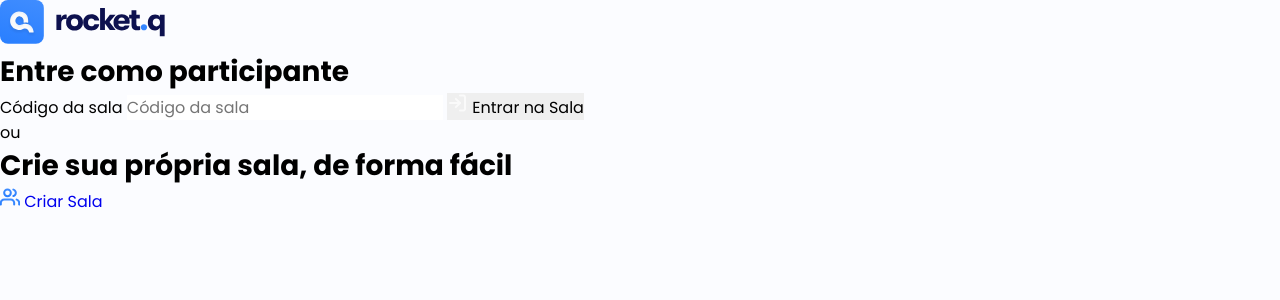
Repository: frnndlima/rocket.q
Page: home.html
The author's editor kept a copy of each file at every save. The page is drawn from the files as they stood at one save, then again after the next save.
The browser window is 1280 px wide. The pictures show the whole page.

Above is the page before, as saved 2021-08-30 15:30:58.

### home.html
<!DOCTYPE html>
  <head>
    <title>Criar Sala - Rocket.Q</title>
    <meta charset="UTF-8">
    <meta http-equiv="X-UA-COMPATIBLE" content="IE-Edge">
    <meta name="viewport" content="width=device-width, initial-scale=1.0">

    <link rel="stylesheet" href="styles/global.css" />
    <link rel="stylesheet" href="styles/home.css" />

    <link rel="preconnect" href="https://fonts.googleapis.com">
    <link rel="preconnect" href="https://fonts.gstatic.com" crossorigin>
    <link href="https://fonts.googleapis.com/css2?family=Open+Sans&family=Poppins:wght@400;500;700&display=swap" rel="stylesheet">
  </head>
  <body>
    <header>
      <img src="public/images/logo.svg" alt="rocket.q logo"/>
    </header>

    <main>
      <div class="container">
        <section>
          <h2>Entre como participante</h2>
          <form action="">
            <label for="room-id" class="sr-only">Código da sala</label>
            <input type="text" id="room-id" placeholder="Código da sala" />
            <button>
              <img src="public/images/enter-room.svg" alt="Entrar na Sala" />
              Entrar na Sala
            </button>
          </form>
        </section>

        <div class="separator">
          <div></div>
          <div>ou</div>
          <div></div>
        </div>

        <section>
          <h2>Crie sua própria sala, de forma fácil</h2>
          <a href="create-room.html">
            <img src="public/images/users.svg" alt="Criar Sala"> Criar Sala
          </a>
        </section>
      </div>
    </main>
  </body>

</html>

### styles/global.css
* {
  margin: 0;
  padding: 0;
  text-decoration: none;
  box-sizing: border-box;
  border: none;
}

html {
  --black: #0D114F;
  --white: #FAFAFA;
  --red: #E83F5B;
  --light-blue: #E0ECFF;
  --blue: #3485FF;
  --background: #FBFCFF;
  --overlay: #040911;
  --icons-details: #A5B0C1;

  --grey-dark: #4D5E77;
  --grey-blue: #A1B2CD;
  --grey-medium: #D3D9E2;
  --grey-light: #E5EAF1;

  font-size: 62.5%;
}

h2 {
  font-size: 2.8rem;
}

body {
  height: 100vh;
  width: 100vw;
  background: var(--background);
}

body, input, button, textarea {
  font-size: clamp(14px, 1.6rem, 2vw);

  font-family: 'Open Sans', sans-serif;

  font-family: 'Poppins', sans-serif;
}

Loaded but not shown: styles/home.css (no stored copy; drawn as an empty file)

After the next save:
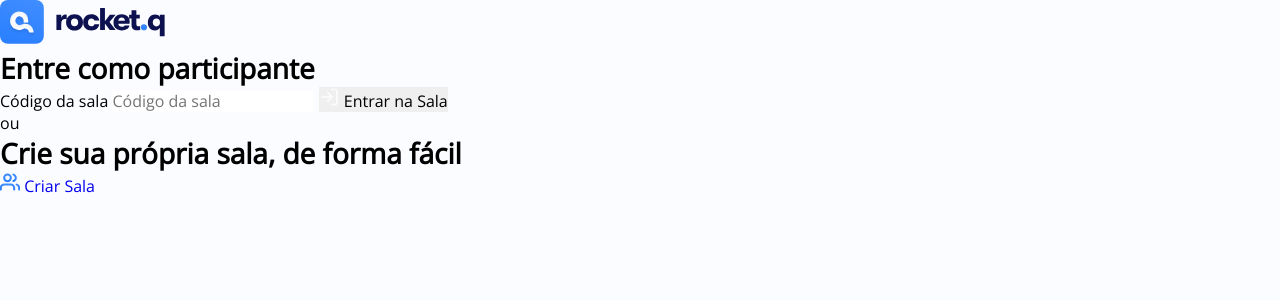
Saved 9 s later.
--- a/styles/global.css
+++ b/styles/global.css
@@ -39,5 +39,4 @@
 
   font-family: 'Open Sans', sans-serif;
 
-  font-family: 'Poppins', sans-serif;
 }
